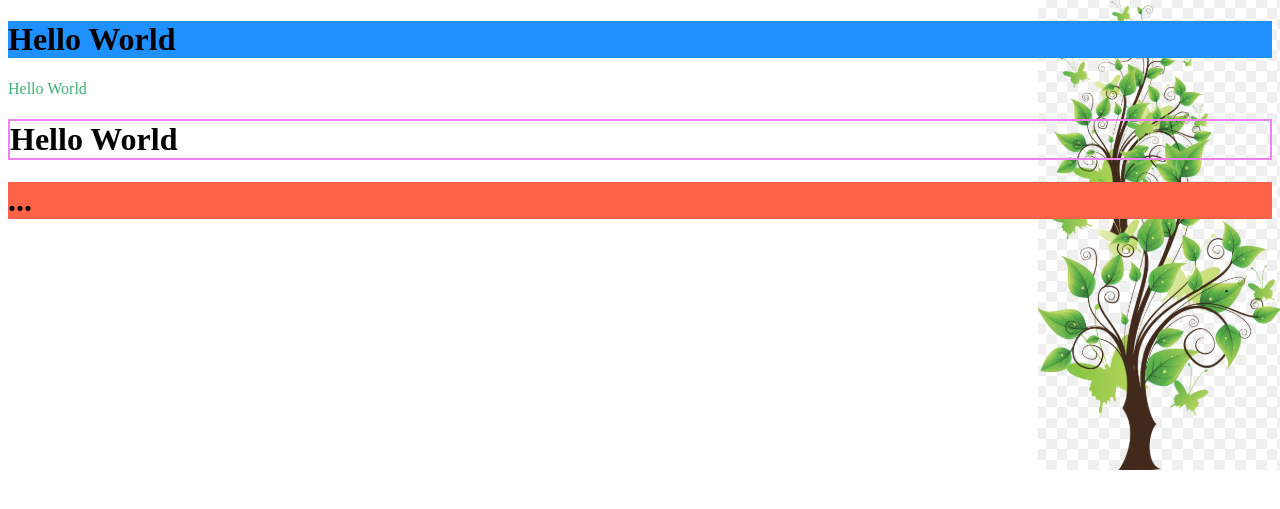
Repository: SanghunOh/learn_publising
Page: HtmlCss/WebContent/CascadingSS/css_background.html
These files come from the project's save history. The page is drawn as it stood at one moment and after the next save; the edit follows.
The browser window is 1280 px wide. The pictures show the whole page.

Above is the page before, as saved 2018-05-06 02:45:39.

After the next save:
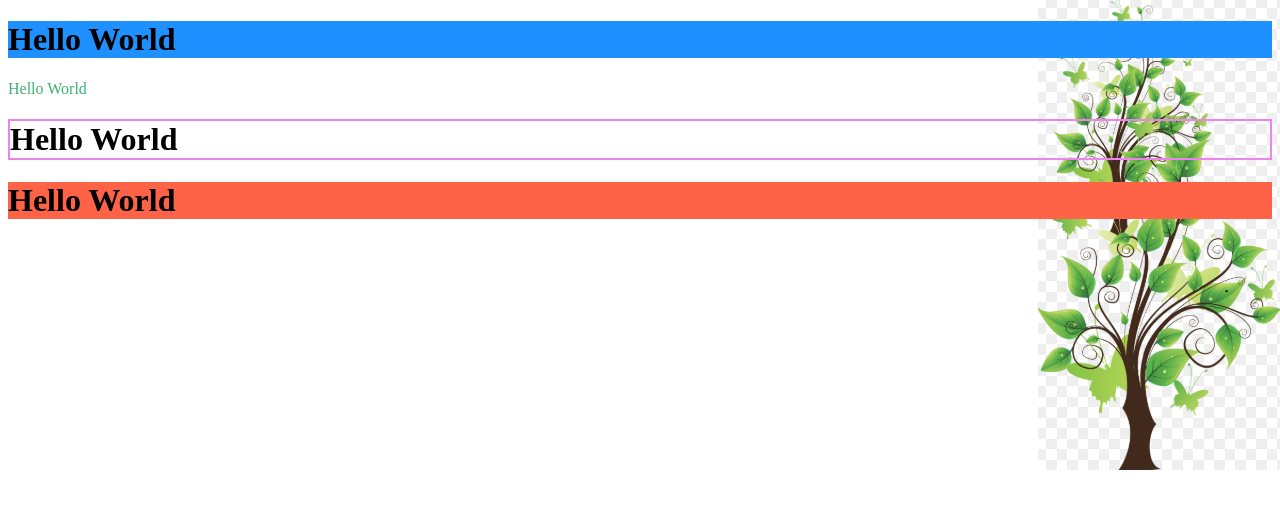
Saved 84 s later.
--- a/HtmlCss/WebContent/CascadingSS/css_background.html
+++ b/HtmlCss/WebContent/CascadingSS/css_background.html
@@ -13,6 +13,6 @@ body {
 <h1 style="background-color:DodgerBlue;">Hello World</h1>
 <p style="color:MediumSeaGreen;">Hello World</p>
 <h1 style="border:2px solid Violet;">Hello World</h1>
-<h1 style="background-color:#ff6347;">...</h1>
+<h1 style="background-color:#ff6347;">Hello World</h1>
 </body>
 </html>
